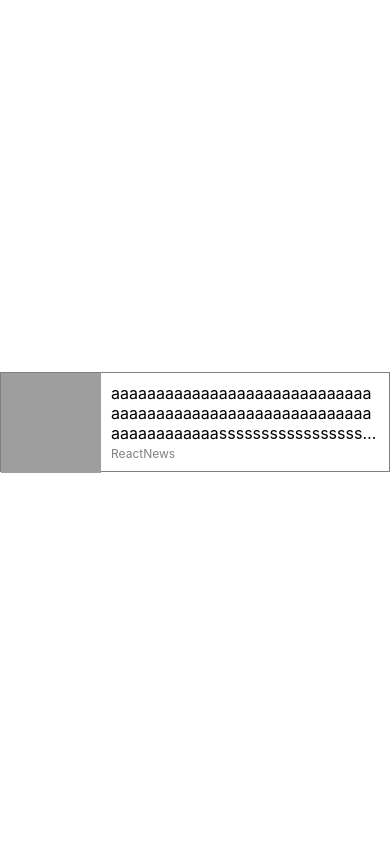
Repository: kawamoto0429/udemy_news
Screen: /
An editor plug-in stored every save of this project. The screen is shown before and after the next save, followed by the edit.
Pictures or frames that could not be fetched are drawn as grey boxes. The app was drawn by React Native's web renderer in a window 390 px wide. The project was rebuilt for these pictures with package versions that can differ from the ones it lists, and the page was loaded fresh each time.

Above is the screen before, as saved 2022-03-02 21:27:10.

### App.js
import React from 'react';
import { StyleSheet, Text, View, Image } from 'react-native';

export default function App() {

  const styles = StyleSheet.create({
    container: {
      flex: 1,
      backgroundColor: '#fff',
      alignItems: 'center',
      justifyContent: 'center',
    },
    itemContainer: {
      height: 100,
      width: "100%",
      borderColor: 'gray',
      borderWidth: 1,
      flexDirection: "row"
    },
    leftContainer: {
      width: 100,
    },
    rightContainer: {
      flex: 1,
      padding: 10,
      justifyContent: "space-between",
    },
    stretch: {
      width: 100,
      height: 100,
    },
    text: {
      fontSize: 16,
    },
    subText: {
      fontSize: 12,
      color: 'gray',
    }


  });

  return (
    <View style={styles.container}>
      <View style={styles.itemContainer}>
        <View style={styles.leftContainer}>
        <Image
          style={styles.stretch}
          source={{uri: "https://picsum.photos/200/300" }}
        />
        </View>
        <View style={styles.rightContainer}>
          <Text numberOfLines={3} style={styles.text}>
            aaaaaaaaaaaaaaaaaaaaaaaaaaaaaaaaaaaaaaaaaaaaaaaaaaaaaaaaaaaaaaaaaaaaaassssssssssssssssssssssssssssssssssssssssssssssssssssssssssssssssssssssssssssssssssss
          </Text>
          <Text style={styles.subText}>
            ReactNews
          </Text>
        </View>
      </View>
    </View>
  );
}

After the next save:
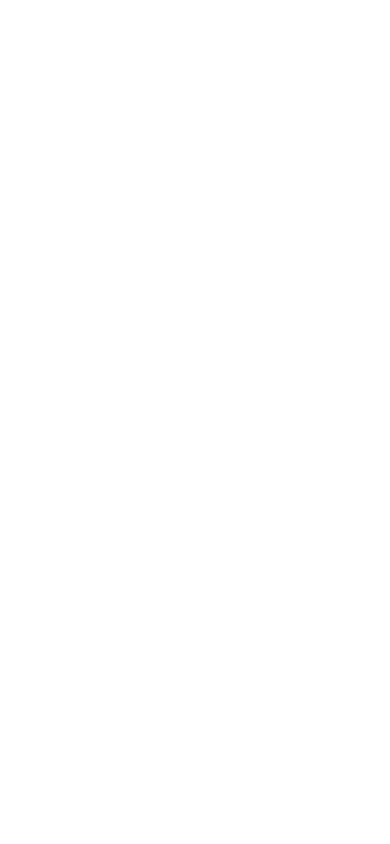
Saved 32 s later.
--- a/App.js
+++ b/App.js
@@ -36,28 +36,11 @@
       fontSize: 12,
       color: 'gray',
     }
-
-
   });
 
   return (
     <View style={styles.container}>
-      <View style={styles.itemContainer}>
-        <View style={styles.leftContainer}>
-        <Image
-          style={styles.stretch}
-          source={{uri: "https://picsum.photos/200/300" }}
-        />
-        </View>
-        <View style={styles.rightContainer}>
-          <Text numberOfLines={3} style={styles.text}>
-            aaaaaaaaaaaaaaaaaaaaaaaaaaaaaaaaaaaaaaaaaaaaaaaaaaaaaaaaaaaaaaaaaaaaaassssssssssssssssssssssssssssssssssssssssssssssssssssssssssssssssssssssssssssssssssss
-          </Text>
-          <Text style={styles.subText}>
-            ReactNews
-          </Text>
-        </View>
-      </View>
+
     </View>
   );
 }

After the save that followed:
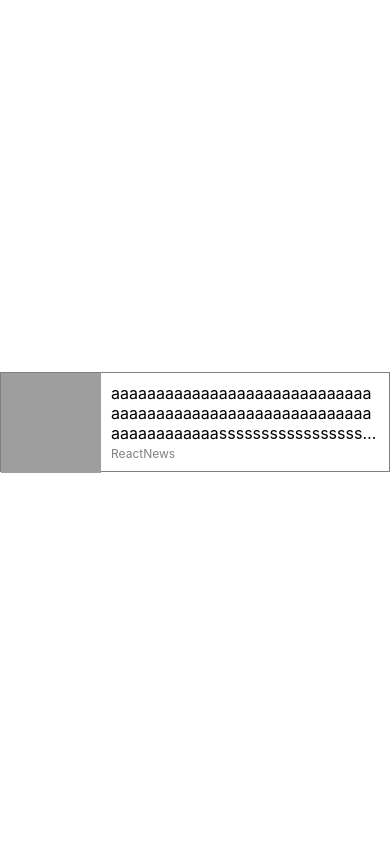
Saved 6 s later.
--- a/App.js
+++ b/App.js
@@ -40,7 +40,22 @@
 
   return (
     <View style={styles.container}>
-
+      <View style={styles.itemContainer}>
+        <View style={styles.leftContainer}>
+        <Image
+          style={styles.stretch}
+          source={{uri: "https://picsum.photos/200/300" }}
+        />
+        </View>
+        <View style={styles.rightContainer}>
+          <Text numberOfLines={3} style={styles.text}>
+            aaaaaaaaaaaaaaaaaaaaaaaaaaaaaaaaaaaaaaaaaaaaaaaaaaaaaaaaaaaaaaaaaaaaaassssssssssssssssssssssssssssssssssssssssssssssssssssssssssssssssssssssssssssssssssss
+          </Text>
+          <Text style={styles.subText}>
+            ReactNews
+          </Text>
+        </View>
+      </View>
     </View>
   );
 }
